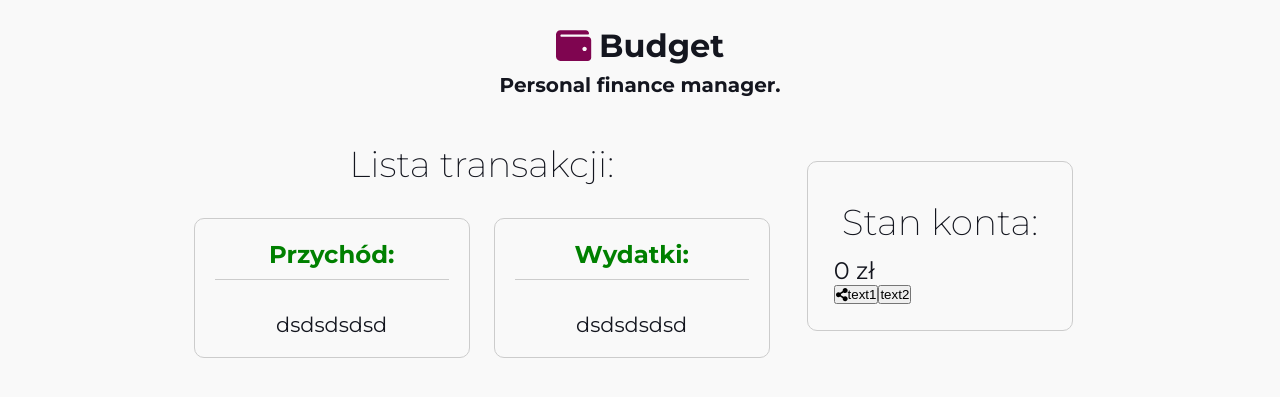
Repository: KrzysKolo/sr_tydzien4_zad4
Page: /
These files come from the project's save history. The page is drawn as it stood at one moment and after the next save; the edit follows.
The browser window is 1280 px wide. The pictures show the whole page.
Some web libraries are served in a nearby version. The project was rebuilt for these pictures with package versions that can differ from the ones it lists, and the page was loaded fresh each time.

Above is the page before, as saved 2020-11-29 15:27:02.

### public/index.html
<!DOCTYPE html>
<html lang="en">
  <head>
    <meta charset="utf-8" />
    <link rel="icon" href="%PUBLIC_URL%/favicon.ico" />
    <meta name="viewport" content="width=device-width, initial-scale=1" />
    <meta name="theme-color" content="#000000" />
    <meta
      name="description"
      content="Web site created using create-react-app"
    />
    <link rel="apple-touch-icon" href="%PUBLIC_URL%/logo192.png" />
    <!--
      manifest.json provides metadata used when your web app is installed on a
      user's mobile device or desktop. See https://developers.google.com/web/fundamentals/web-app-manifest/
    -->
    <link rel="manifest" href="%PUBLIC_URL%/manifest.json" />
    <!--
      Notice the use of %PUBLIC_URL% in the tags above.
      It will be replaced with the URL of the `public` folder during the build.
      Only files inside the `public` folder can be referenced from the HTML.

      Unlike "/favicon.ico" or "favicon.ico", "%PUBLIC_URL%/favicon.ico" will
      work correctly both with client-side routing and a non-root public URL.
      Learn how to configure a non-root public URL by running `npm run build`.
    -->
    <link
      href="https://fonts.googleapis.com/css?family=Montserrat:200,400,700&display=swap&subset=latin-ext"
      rel="stylesheet"
    />
    <script
      src="https://kit.fontawesome.com/327a0d490c.js"
      crossorigin="anonymous"
    ></script>
    <title>Budget</title>
  </head>
  <body>
    <noscript>You need to enable JavaScript to run this app.</noscript>
    <div id="root"></div>
    <!--
      This HTML file is a template.
      If you open it directly in the browser, you will see an empty page.

      You can add webfonts, meta tags, or analytics to this file.
      The build step will place the bundled scripts into the <body> tag.

      To begin the development, run `npm start` or `yarn start`.
      To create a production bundle, use `npm run build` or `yarn build`.
    -->
  </body>
</html>

### src/App.js
import React from 'react';
import Budget from './components/Budget'

const App = () => {
  return (
    <>
      <Budget/>
    </>
  )
}

export default App;

### src/components/Budget.js
import React from 'react';
import Header from './budgetComponents/Header';
import Section from './budgetComponents/Section';
import SectionInfo from './budgetComponents/SectionInfo';
import H2 from './budgetComponents/sectionComponents/H2';
import styled, { createGlobalStyle } from 'styled-components';

const GlobalStyle = createGlobalStyle`
    * {
        padding: 0;
        margin: 0;
        box-sizing: border-box;
    }
    body {
        background-color: #f9f9f9;
        color: #14161f;
        font-family: "Montserrat", sans-serif;
        font-size: 16px;
        min-height: 100vh;
    }
    `;
const Container = styled.main`
    font-size: 1.5rem;
`;
const SectionContainer = styled.section`
    display: flex;
    flex-direction: row;
    justify-content: center;
    align-items: center;
`;
const DivBudget = styled.div`
    display: flex;
    flex-direction: column;
    justify-content: center;
    align-items: center;
`;
const DivItems = styled.div`
    display: flex;
    flex-direction: row;
    justify-content: center;
    align-items: center;

`;
const Budget = () => {
    return (
        <>
            <GlobalStyle />
            <Container>
                <Header />
                <SectionContainer>
                    <DivBudget>
                        <H2 title={"Lista transakcji"} />
                        <DivItems>
                            <Section title={"Przychód"} label={"p"}/>
                            <Section title={"Wydatki"}/>
                        </DivItems>
                    </DivBudget>
                    <SectionInfo title={"Stan konta"}/>
                </SectionContainer>
            </Container>
        </>
    )
}

export default Budget;

### src/components/budgetComponents/Header.js
import React from 'react';
import styled from 'styled-components';
import { FontAwesomeIcon } from '@fortawesome/react-fontawesome';
import { faWallet } from '@fortawesome/free-solid-svg-icons';

const SectionHeader = styled.header`
    align-items: center;
    color: rgb(127, 5, 80);
    display: flex;
    font-size: 2.2rem;
    flex-direction: column;
    justify-content: center;
    padding: 2%;
`;
const DivHeader = styled.div`
    align-items: center;
    display: flex;
    flex-direction: row;
    justify-content: center;
    margin-bottom: 0.5rem;
`;
const H1Header = styled.h1`
    color: #14161f;
    font-size: 2rem;
    margin-left: .5rem;
`;
const H2Header = styled.h2`
    color: #14161f;
    font-size: 1.25rem;
`;
const Header = () => {
    return (
        <SectionHeader>
            <DivHeader>
                <FontAwesomeIcon icon={faWallet}/>
                <H1Header>Budget</H1Header>
            </DivHeader>
            <H2Header>Personal finance manager.</H2Header>
        </SectionHeader>
    )
}

export default Header;

### src/components/budgetComponents/Section.js
import React from 'react';
import H1 from './sectionComponents/H1';
import styled from 'styled-components';

const SectionWrapper = styled.section`
    border: 1px solid #ccc;
    border-radius: 10px;
    display: flex;
    flex-direction: column;
    font-size: 1.3rem;
    justify-content: center;
    align-items: center;
    margin: 2%;
    padding: 20px;
    width: 300px;
`;
const Section = ({ title, label }) => {
    return (
        <SectionWrapper>
           <H1 title={title} label={label}> </H1>
           <p>dsdsdsdsd</p>
        </SectionWrapper>
    )
}

export default Section;

### src/components/budgetComponents/SectionInfo.js
import React from 'react';
import H2 from './sectionComponents/H2';
import styled from 'styled-components';
import { FontAwesomeIcon } from '@fortawesome/react-fontawesome';
import { faEllipsisV, faHeart, faShareAlt, faAngleDown } from '@fortawesome/free-solid-svg-icons';
const SectionWrapper = styled.section`
    border: 1px solid #ccc;
    border-radius: 10px;
    display: flex;
    flex-direction: column;
    margin: 2vw;
    padding: 2%;
`;
const ButtonWrapper = styled.div`
    display: flex;
    flex-direction: row;
`;
const Section = ({ title }) => {
    return (
        <SectionWrapper>
           <H2 title={title}> </H2>
           <p>0 zł</p>
           <ButtonWrapper>
                <button type="submit" > <FontAwesomeIcon icon={faShareAlt} />text1</button>
                <button type="submit" >text2</button>
           </ButtonWrapper>
        </SectionWrapper>
    )
}

export default Section;

### src/components/budgetComponents/sectionComponents/H2.js
import React from 'react'
import styled from 'styled-components';

const TitleH2 = styled.h2`
    font-weight: 200;
    margin: 2% auto;
    padding: 0.5rem;
`;

const H2 = ({title}) => {
    return (
        <TitleH2>
            {title}:
        </TitleH2>
    )
}

export default H2;

### src/components/budgetComponents/sectionComponents/H1.js
import React from 'react'
import styled from 'styled-components';

const TitleH1 = styled.h1`
    border-bottom: 1px solid #ccc;
    color: ${label => label ? 'green' : 'red'};
    margin-bottom: 2rem;
    padding-bottom: 10px;
    display: block;
    width: 100%;
    text-align: center;
`;

const H1 = ({title, label}) => {
    return (
        <TitleH1>
            {title}:
        </TitleH1>
    )
}

export default H1;

Loaded but not shown: src/index.js (common file); src/index.css (common file)

After the next save:
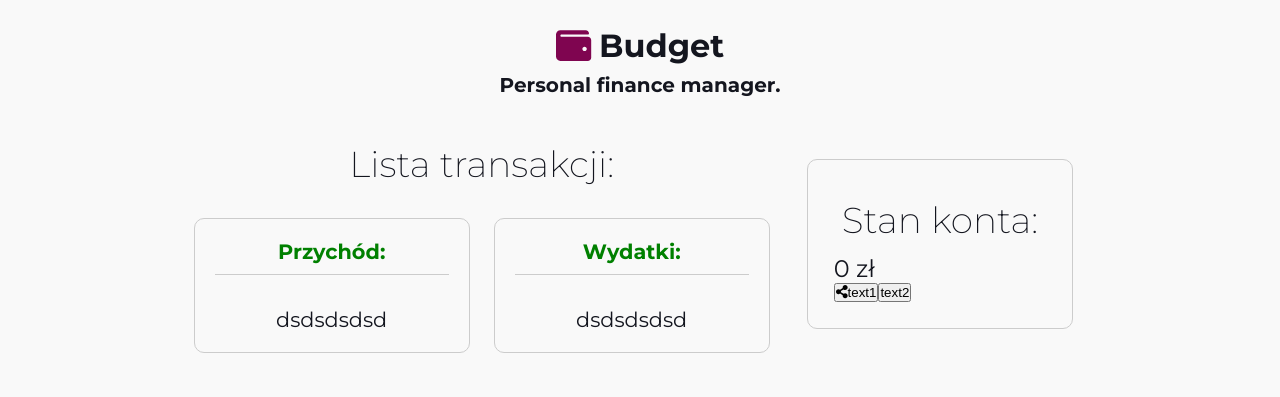
Saved 2 min 31 s later.
--- a/src/components/Budget.js
+++ b/src/components/Budget.js
@@ -28,7 +28,7 @@ const SectionContainer = styled.section`
     justify-content: center;
     align-items: center;
 `;
-const DivBudget = styled.div`
+const SectionBudget = styled.section`
     display: flex;
     flex-direction: column;
     justify-content: center;
@@ -48,13 +48,13 @@ const Budget = () => {
             <Container>
                 <Header />
                 <SectionContainer>
-                    <DivBudget>
+                    <SectionBudget>
                         <H2 title={"Lista transakcji"} />
                         <DivItems>
                             <Section title={"Przychód"} label={"p"}/>
                             <Section title={"Wydatki"}/>
                         </DivItems>
-                    </DivBudget>
+                    </SectionBudget>
                     <SectionInfo title={"Stan konta"}/>
                 </SectionContainer>
             </Container>
